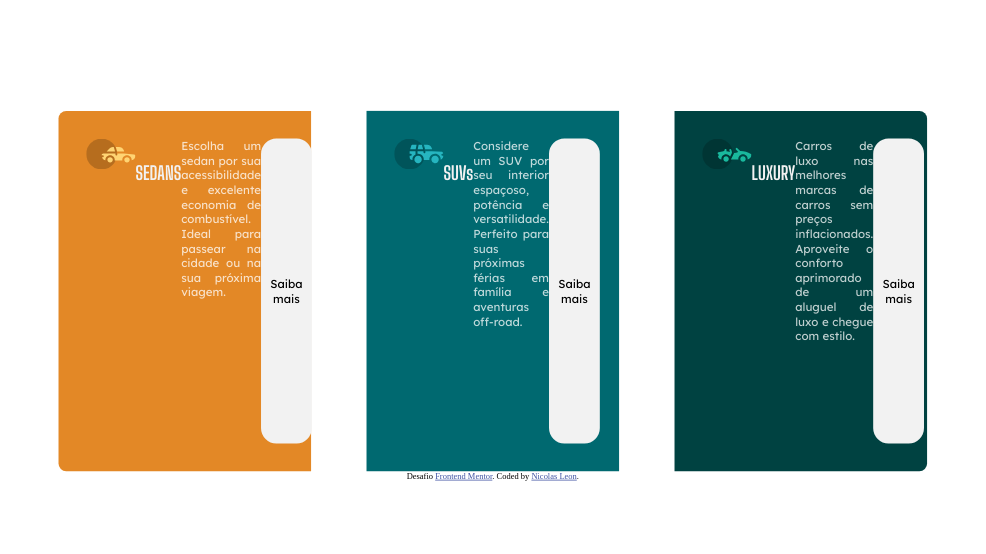
Repository: Leonngc/Car-cards
Page: index.html
These files come from the project's save history. The page is drawn as it stood at one moment and after a run of saves; the edit follows.
The browser window is 1280 px wide. The pictures show the whole page, at 77% of full size.

Above is the page before, as saved 2023-01-17 19:13:24.

After the next 3 saves:
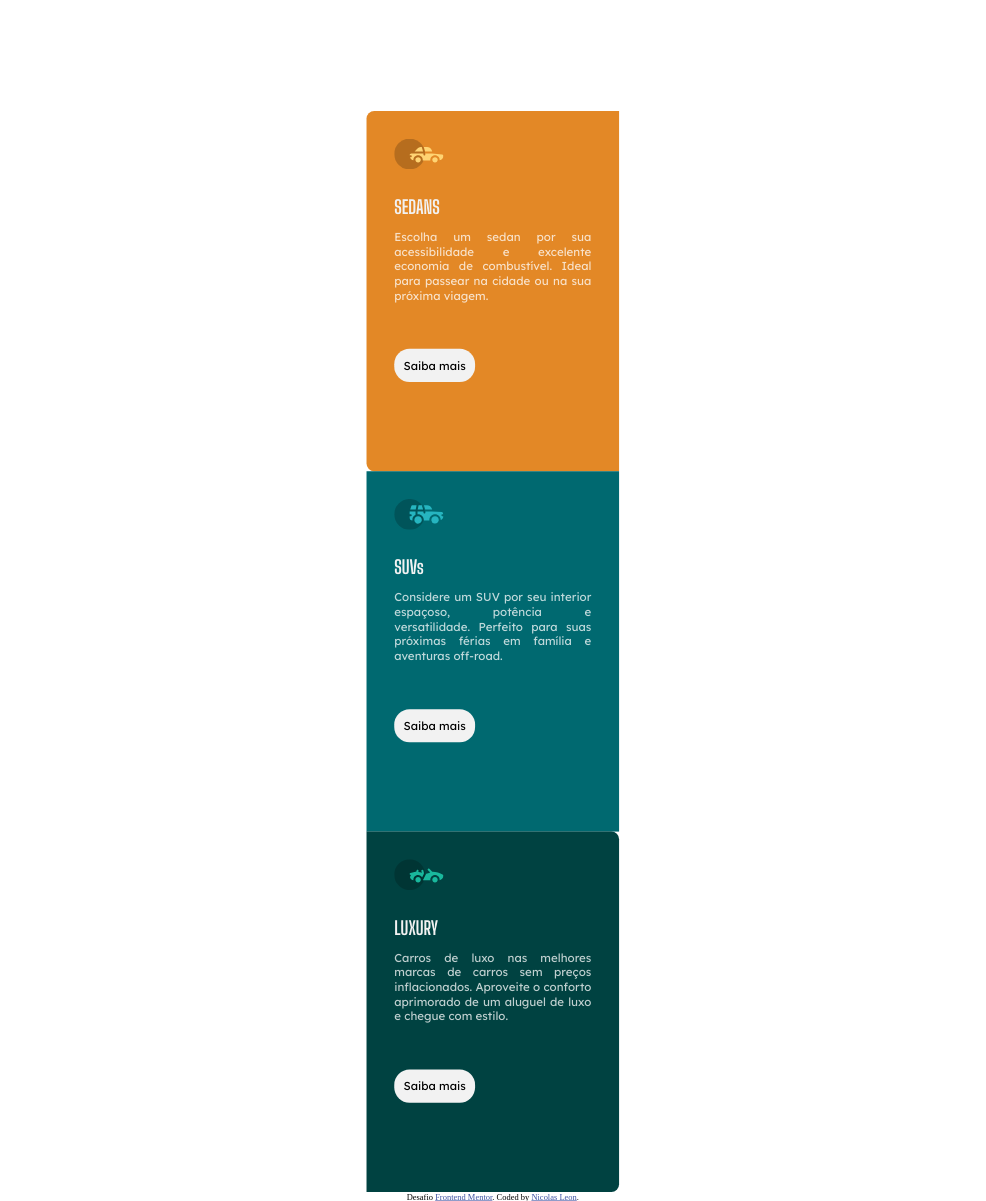
The 3 saves are shown as one change because they came seconds apart.
The last was saved 11 s later.
--- a/styles/style.css
+++ b/styles/style.css
@@ -19,13 +19,13 @@
 
 main{
     display: flex;
+    flex-direction: column;
     margin: auto;
     margin-top: 20vh;
     margin-left:40px;
     margin-right: 40px;
 }
 .card{
-    display: flex;
     padding: 36px;
     height: 55vh;
     width: 20vw;
